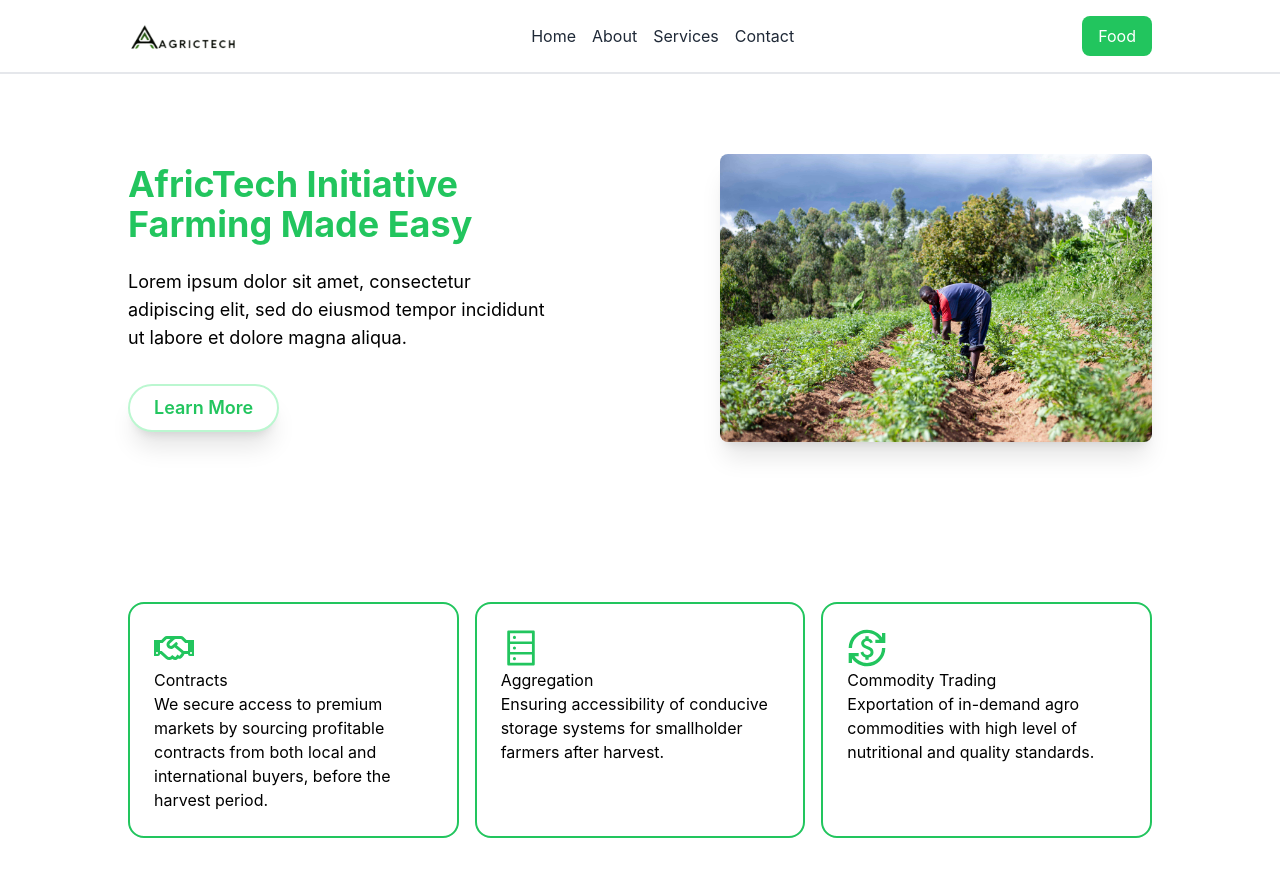
Repository: akinolapo/agric-tech
Page: /
These files come from the project's save history. The page is drawn as it stood at one moment and after the next save; the edit follows.
The browser window is 1280 px wide. The pictures show the whole page.
The project was rebuilt for these pictures with package versions that can differ from the ones it lists, and the page was loaded fresh each time.

Above is the page before, as saved 2023-05-27 09:33:18.

### src/index.css
@tailwind base;
@tailwind components;
@tailwind utilities;

body {
  margin: 0;
  font-family: -apple-system, BlinkMacSystemFont, 'Segoe UI', 'Roboto', 'Oxygen',
    'Ubuntu', 'Cantarell', 'Fira Sans', 'Droid Sans', 'Helvetica Neue',
    sans-serif;
  -webkit-font-smoothing: antialiased;
  -moz-osx-font-smoothing: grayscale;
}

code {
  font-family: source-code-pro, Menlo, Monaco, Consolas, 'Courier New',
    monospace;
}

.card-icon{
  height: 40px;
  width: 40px;
  color: #22C55E;
}

### src/App.js
import React from 'react'
import Header from './components/Header'
import Hero from './components/Hero'
import Value from './components/Value'

const App = () => {
  return (
    <div>
      <Header/>
      <Hero/>
      <Value/>
    </div>
  )
}

export default App

### src/components/Header.jsx
import React, { useState } from 'react';

const Header = () => {
  const [isMenuOpen, setIsMenuOpen] = useState(false);

  const toggleMenu = () => {
    setIsMenuOpen(!isMenuOpen);
  };

  const closeMenu = () => {
    setIsMenuOpen(false);
  };

  return (
    <header className="bg-white border-b-2">
      <div className="container mx-auto flex justify-between items-center py-4 px-5 sm:px-32">
        <div className="flex items-center">
          <img
            src={process.env.PUBLIC_URL+`media/logo.png`}
            alt="Logo"
            className="h-8 w-auto"
          />
        </div>
        <div className="hidden md:flex space-x-4">
          <a href="#" className="text-gray-800 hover:text-gray-600">Home</a>
          <a href="#" className="text-gray-800 hover:text-gray-600">About</a>
          <a href="#" className="text-gray-800 hover:text-gray-600">Services</a>
          <a href="#" className="text-gray-800 hover:text-gray-600">Contact</a>
        </div>
        <div className="md:hidden">
          <button
            type="button"
            className="flex items-center p-2 rounded-md text-gray-800 hover:text-gray-600 focus:outline-none"
            onClick={toggleMenu}
          >
            <svg
              xmlns="http://www.w3.org/2000/svg"
              className="h-6 w-6"
              fill="none"
              viewBox="0 0 24 24"
              stroke="currentColor"
            >
              <path
                strokeLinecap="round"
                strokeLinejoin="round"
                strokeWidth="2"
                d="M4 6h16M4 12h16M4 18h16"
              />
            </svg>
          </button>

        </div>
        <div className="hidden md:block">
          <button
            type="button"
            className="bg-green-500 text-white rounded-lg py-2 px-4"
          >
            Food
          </button>
        </div>
      </div>
      <div>
          {isMenuOpen && (
            <div className="mt-2 w-full">
              <ul className="bg-white border rounded-md divide-y divide-gray-200 shadow-md">
                <li className="py-2 px-4">
                  <a href="#" className="text-gray-800 hover:text-gray-600">Home</a>
                </li>
                <li className="py-2 px-4">
                  <a href="#" className="text-gray-800 hover:text-gray-600">About</a>
                </li>
                <li className="py-2 px-4">
                  <a href="#" className="text-gray-800 hover:text-gray-600">Services</a>
                </li>
                <li className="py-2 px-4">
                  <a href="#" className="text-gray-800 hover:text-gray-600">Contact</a>
                </li>
                <li className="py-2 px-4">
                  <button
                    type="button"
                    className="bg-green-500 text-white rounded-lg py-2 px-4 w-full"
                  >
                    Food
                  </button>
                </li>
              </ul>
              <div className="absolute top-0 right-0 p-2">
              </div>
            </div>
          )}
          </div>
    </header>
  );
};

export default Header;

### src/components/Hero.jsx
import React from 'react';

const Hero = () => {
  return (
    <section className="bg-white text-black py-20 px-5 sm:px-32">
      <div className="container mx-auto flex flex-col lg:flex-row items-center gap-40">
        <div className="lg:w-1/2">
          <h1 className="text-4xl font-bold mb-6 text-green-500">AfricTech Initiative <br></br> Farming Made Easy</h1>
          <p className="text-lg mb-8">Lorem ipsum dolor sit amet, consectetur adipiscing elit, sed do eiusmod tempor incididunt ut labore et dolore magna aliqua.</p>
          <button className="bg-white text-lg border-2 border-green-200 text-green-500 py-2 px-6 rounded-full font-semibold shadow-xl hover:shadow-2xl transition duration-300">Learn More</button>
        </div>
        <div className="lg:w-1/2">
          <img src={process.env.PUBLIC_URL+`media/hero.jpg`}alt="Agriculture" className="rounded-lg shadow-xl" />
        </div>
      </div>
    </section>
  );
};

export default Hero;

### src/components/Value.jsx
import React from 'react'
import {FaRegHandshake} from 'react-icons/fa'
import {AiOutlineDatabase} from 'react-icons/ai'
import {MdOutlineCurrencyExchange} from 'react-icons/md'

const data= [
    {
        id: 1,
        icon: <FaRegHandshake className='card-icon'/>,
        title: 'Contracts',
        description: 'We secure access to premium markets by sourcing profitable contracts from both local and international buyers, before the harvest period.',
        // link: '/'
    },
    {
        id: 2,
        icon: <AiOutlineDatabase className='card-icon'/>,
        title: 'Aggregation',
        description: 'Ensuring accessibility of conducive storage systems for smallholder farmers after harvest.',
        // link: '/'
    },
    {
        id: 3,
        icon: <MdOutlineCurrencyExchange className='card-icon'/>,
        title: 'Commodity Trading',
        description: 'Exportation of in-demand agro commodities with high level of nutritional and quality standards.',
        // link: '/'
    }
]

const Value = () => {
  return (
    <div className='mt-10 block md:grid md:gap-4 md: grid-cols-2 lg:grid-cols-3 py-10 px-5 sm:px-32'>
        {
            data.map(({id, icon, title, description})=>{
                return(
                    <div key={id} className='border-solid border-2 border-green-500 p-6 rounded-2xl mb-4 md:mb-0'>
            {icon}
            <h3>{title}</h3>
            <p>{description}</p>
        </div>
                )
            })
        }

    </div>
  )
}

export default Value

Loaded but not shown: public/index.html (common file); src/index.js (common file); tailwind.config.js (common file)

After the next save:
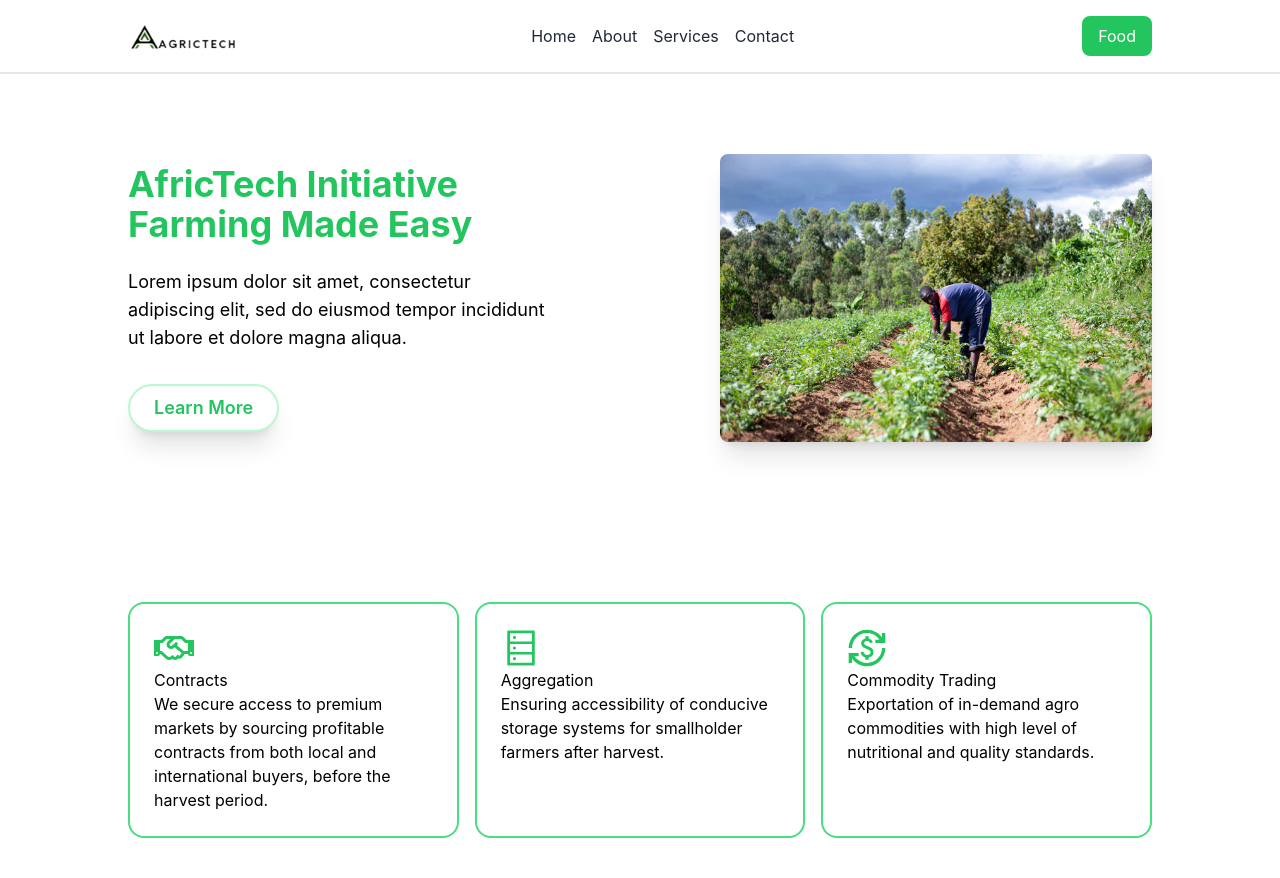
Saved 13 s later.
--- a/src/components/Value.jsx
+++ b/src/components/Value.jsx
@@ -33,7 +33,7 @@ const Value = () => {
         {
             data.map(({id, icon, title, description})=>{
                 return(
-                    <div key={id} className='border-solid border-2 border-green-500 p-6 rounded-2xl mb-4 md:mb-0'>
+                    <div key={id} className='border-solid border-2 border-green-400 p-6 rounded-2xl mb-4 md:mb-0'>
             {icon}
             <h3>{title}</h3>
             <p>{description}</p>
